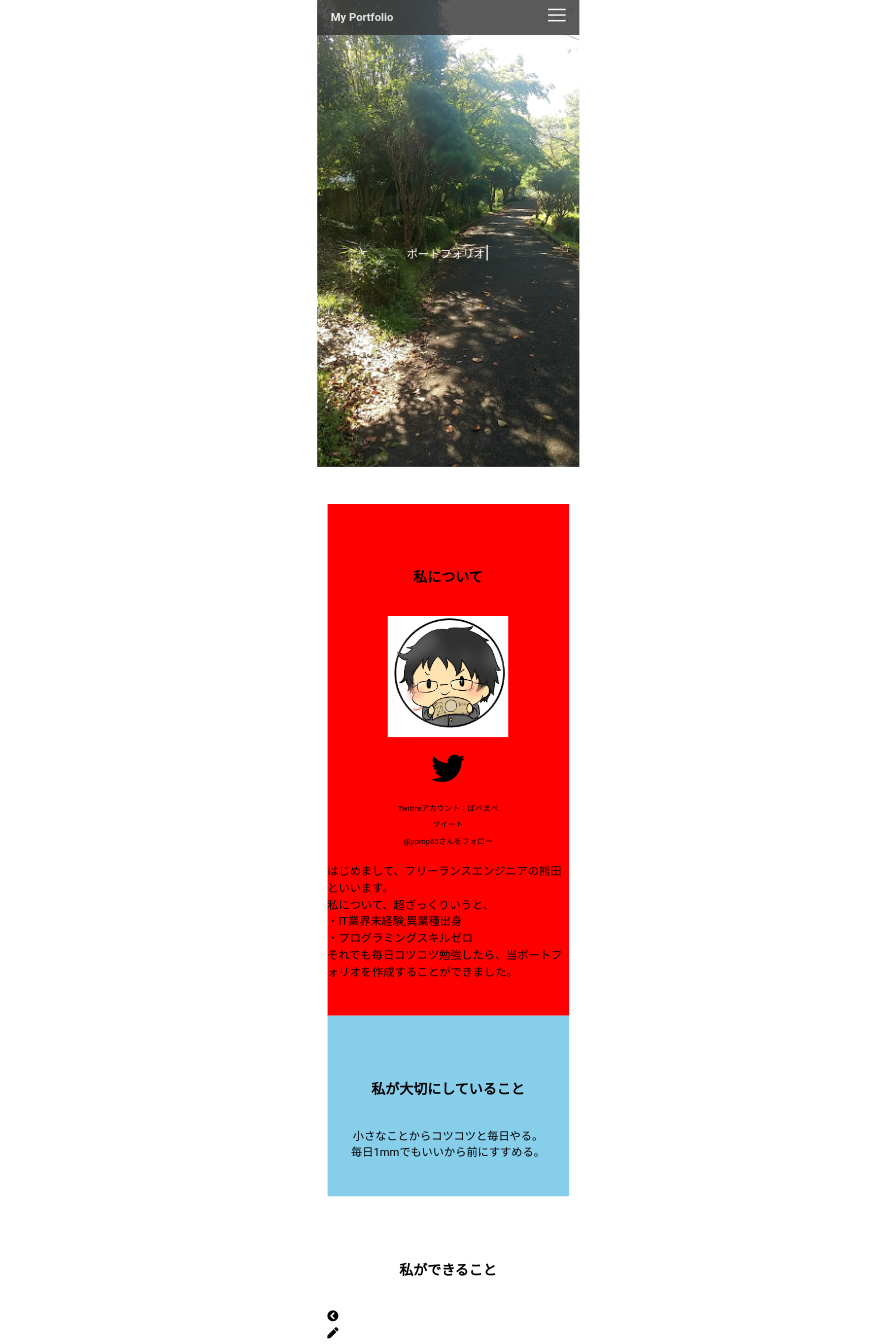
Repository: ppmp556/portfolio6
Page: index copy.html
These files come from the project's save history. The page is drawn as it stood at one moment and after the next save; the edit follows.
The browser window is 1280 px wide. The pictures show the part of the page from y = 0 to 1920 px (the page is 3189 px tall), at 70% of full size.
Some web libraries are served in a nearby version. The style sheet was rebuilt from its Sass, Less or Tailwind sources for each picture, by a compiler version that may differ from the author's.

Above is the page before, as saved 2020-10-12 21:30:22.
Console error: TypeError: Cannot read properties of null (reading 'addEventListener')

After the next save:
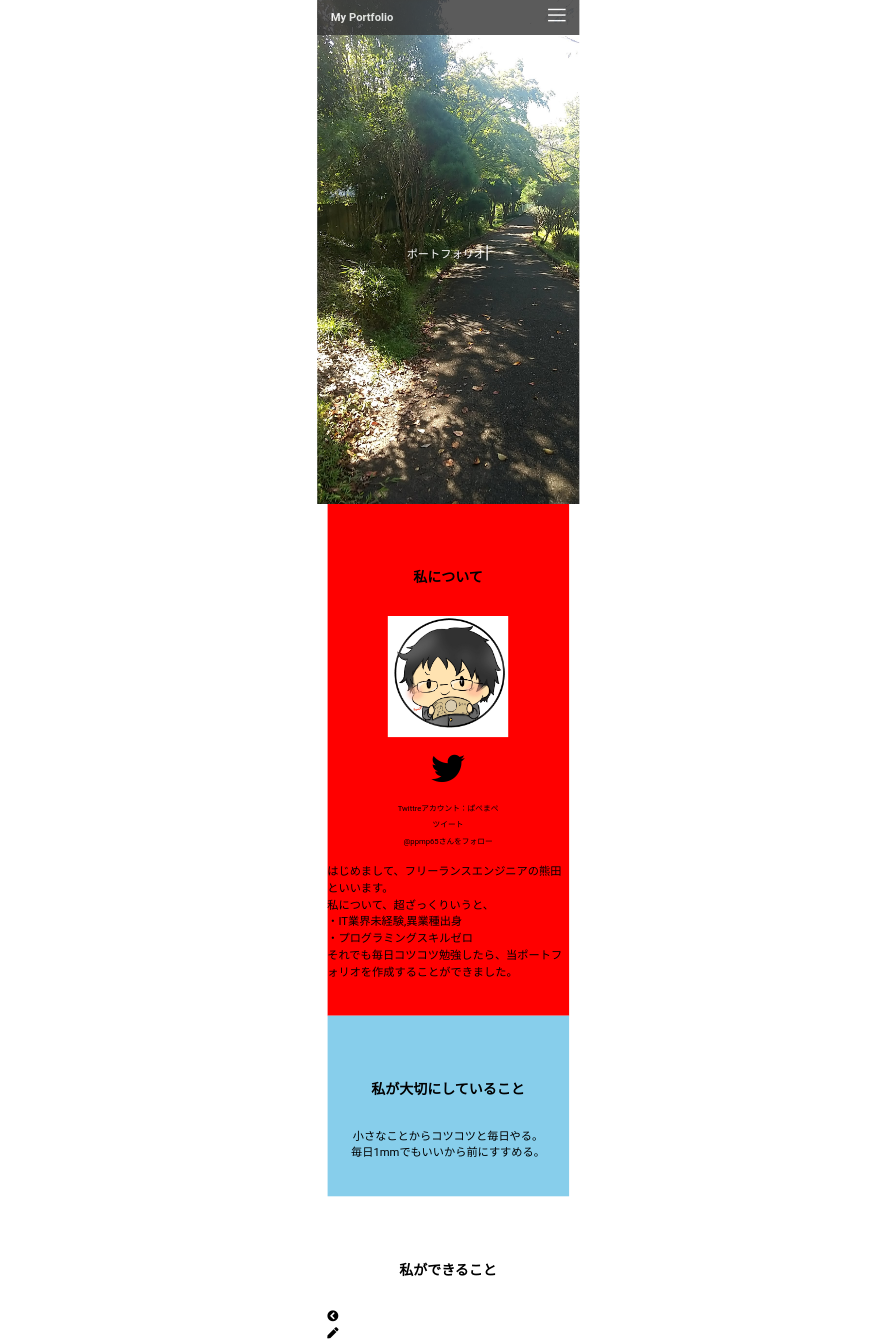
Saved 2 min 54 s later.
--- a/index copy.html
+++ b/index copy.html
@@ -21,7 +21,7 @@
 
       <div class="kv" id="kv">
         <div class="kv_container">
-          <img src="images/道.jpg" alt="">
+          <img src="images/道.jpg" alt="" class="kv_img">
 
 
           <!-- <img src="/images/3566338_s.jpg" alt="" class="kv_img"> -->
